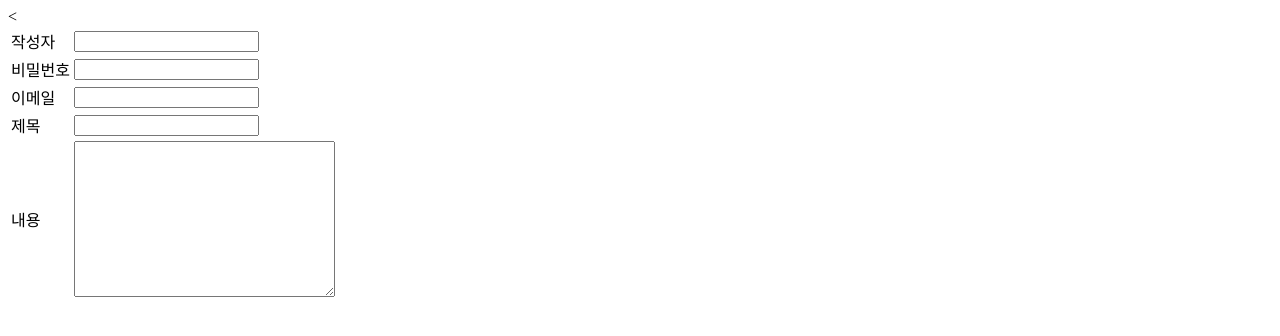
Repository: GitOnibi/jsp
Page: http://localhost/JSPprojec/notice/reply.jsp
An editor plug-in stored every save of this project. The page is shown before and after the next save, followed by the edit.
The browser window is 1280 px wide. The pictures show the whole page.
The page is served by Tomcat 9. Other server files are loaded and not shown. Queries for data that is not in the repository find no rows.

Above is the page before, as saved 2019-01-14 10:33:50.

### JSPprojec/WebContent/notice/reply.jsp
<%@ page language="java" contentType="text/html; charset=UTF-8" pageEncoding="UTF-8"%>
<%@ taglib prefix="c" uri="http://java.sun.com/jsp/jstl/core" %>
<%@ taglib prefix="sql" uri="http://java.sun.com/jsp/jstl/sql" %>
<%@ taglib prefix="fmt" uri="http://java.sun.com/jsp/jstl/fmt" %>
<fmt:requestEncoding value="UTF-8"/>

<<sql:query var="rs" dataSource="jdbc/OracleDB">
	SELECT * FROM BOARD WHERE idx = ?
	<sql:param value="${ param.idx }"/>
</sql:query>
<c:forEach var="row" items="${ rs.rows }">
	<c:out value="${ row.title }" />
	<c:out value="${ row.content }" />
</c:forEach>

<!DOCTYPE html>
<html>
<head>
<meta charset="UTF-8">
<title>Insert title here</title>
</head>
<body>
	<form action="reply_check.jsp" method="POST">
		<table>
			<tr>
				<td>작성자</td>
				<td><input type="text" name="re_name"/></td>
			</tr>
			<tr>
				<td>비밀번호</td>
				<td><input type="text" name="re_pw"/></td>
			</tr>
			<tr>
				<td>이메일</td>
				<td><input type="text" name="re_email"/></td>
			</tr>
			<tr>
				<td>제목</td>
				<td><input type="text" name="re_title"/></td>
			</tr>
			<tr>
				<td>내용</td>
				<td><textarea name="re_content"cols="30" rows="10"></textarea></td>
			</tr>
		</table>
	</form>
</body>
</html>

After the next save:
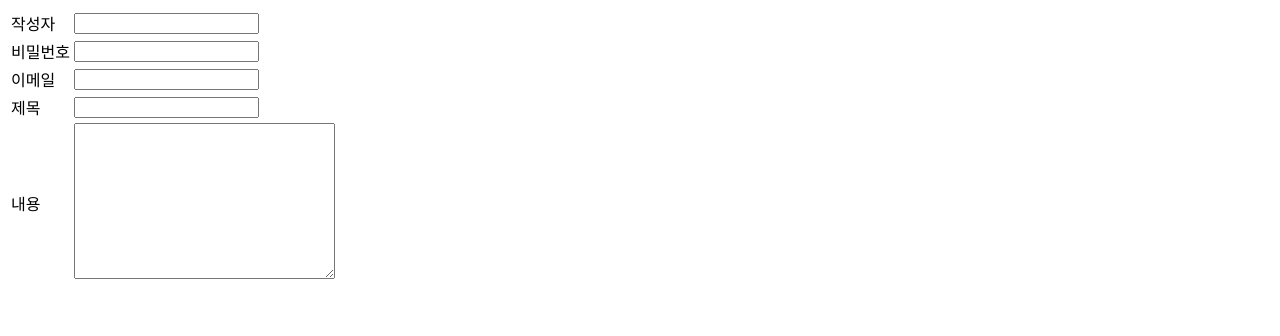
Saved 36 s later.
--- a/JSPprojec/WebContent/notice/reply.jsp
+++ b/JSPprojec/WebContent/notice/reply.jsp
@@ -4,7 +4,7 @@
 <%@ taglib prefix="fmt" uri="http://java.sun.com/jsp/jstl/fmt" %>
 <fmt:requestEncoding value="UTF-8"/>
 
-<<sql:query var="rs" dataSource="jdbc/OracleDB">
+<sql:query var="rs" dataSource="jdbc/OracleDB">
 	SELECT * FROM BOARD WHERE idx = ?
 	<sql:param value="${ param.idx }"/>
 </sql:query>
